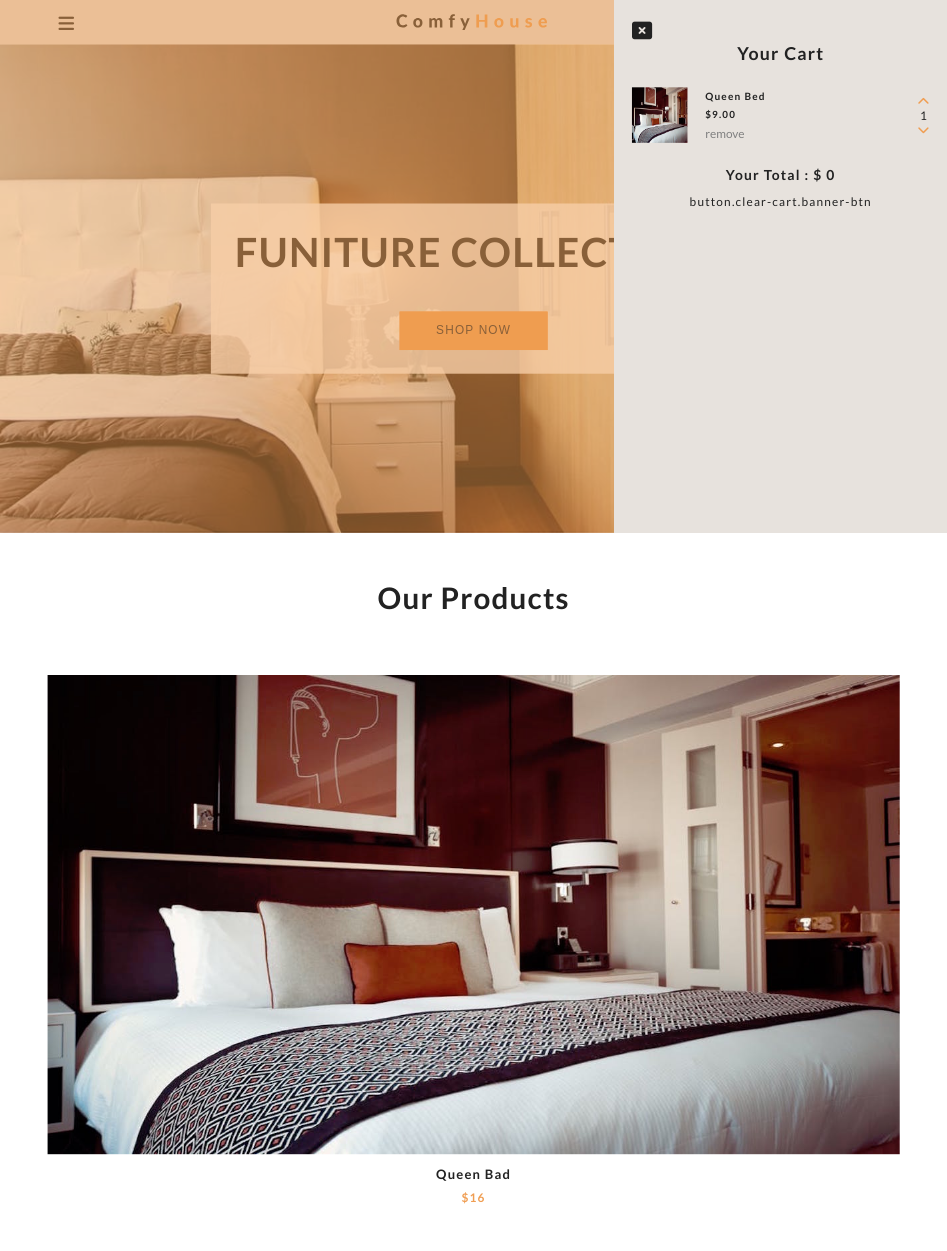
Repository: phamtrunghptn-dev/comfy-house-mater
Page: index.html
An editor plug-in stored every save of this project. The page is shown before and after a run of saves, followed by the edit.
The browser window is 1280 px wide. The pictures show the whole page, at 74% of full size.
Some web libraries are served in a nearby version.

Above is the page before, as saved 2022-07-01 09:49:12.

### index.html
<!DOCTYPE html>
<html lang="en">
<head>
    <meta charset="UTF-8">
    <meta http-equiv="X-UA-Compatible" content="IE=edge">
    <meta name="viewport" content="width=device-width, initial-scale=1.0">
    <link rel="stylesheet" href="https://cdnjs.cloudflare.com/ajax/libs/font-awesome/6.1.1/css/all.min.css" integrity="sha512-KfkfwYDsLkIlwQp6LFnl8zNdLGxu9YAA1QvwINks4PhcElQSvqcyVLLD9aMhXd13uQjoXtEKNosOWaZqXgel0g==" crossorigin="anonymous" referrerpolicy="no-referrer" />
    <link rel="stylesheet" href="./main.css">
    <title>Document</title>
</head>
<body>
    <!-- Navbar -->
    <nav class="navbar">
        <div class="navbar-center">
            <span class="nav-icon">
                <i class="fas fa-bars"></i>
            </span>
            <img src="./images/logo.svg" alt="store logo">
            <div class="cart-btn">
                <span class="nav-icon">
                    <i class="fas fa-cart-plus"></i>
                </span>
                <div class="cart-items">0</div>
            </div>
        </div>
    </nav>

    <!-- header -->
    <header class="hero">
        <div class="banner">
            <h1 class="banner-title">funiture collection</h1>
            <button class="banner-btn">shop now</button>
        </div>
    </header>

    <!-- products -->
    <section class="products">
        <div class="section-title">
            <h2>our products</h2>
        </div>
        <div class="products-center">
            <!-- single product -->
            <article class="product">
                <div class="img-container">
                    <img src="./images/product-1.jpeg" alt="product" class="product-img">
                    <button class="bag-btn" data-id="1">
                        <i class="fas fa-shopping-cart"></i>
                        add to bag
                    </button>
                </div>
                <h3>queen bad</h3>
                <h4>$16</h4>
            </article>

        </div>
    </section>

    <!-- cart -->
    <div class="cart-overlay">
        <div class="cart">
            <span class="close-cart">
                <i class="fas fa-window-close"></i>
            </span>
            <h2>your cart</h2>
            <div class="cart-content">
                <!-- cart item -->
                <div class="cart-item">
                    <img src="./images/product-1.jpeg" alt="product">
                    <div>
                        <h4>queen bed</h4>
                        <h5>$9.00</h5>
                        <span class="remove-item">remove</span>
                    </div>
                    <div>
                        <i class="fas fa-chevron-up"></i>
                        <p class="item-amount">1</p>
                        <i class="fas fa-chevron-down"></i>
                    </div>
                </div>
                <div class="cart-footer">
                    <h3>your total : $ <span class="cart-total">0</span></h3>
                    button.clear-cart.banner-btn
                </div>
            </div>
        </div>
    </div>

    <script src="./app.js"></script>
</body>
</html>

### main.css
@import url("https://fonts.googleapis.com/css?family=Lato:400,700");

:root {
  --primaryColor: #f09d51;
  --mainWhite: #fff;
  --mainBlack: #222;
  --mainGrey: #ececec;
  --mainSpacing: 0.1rem;
  --mainTransition: all 0.3s linear;
}
* {
  margin: 0;
  padding: 0;
  box-sizing: border-box;
}
body {
  color: var(--mainBlack);
  background: var(--mainWhite);
  font-family: "Lato", sans-serif;
}
/* --------------- Navbar ---------------- */
.navbar {
  position: sticky;
  top: 0;
  height: 60px;
  width: 100%;
  display: flex;
  align-items: center;
  background: rgb(231, 226, 221);
  z-index: 1;
}
.navbar-center {
  width: 100%;
  max-width: 1170px;
  margin: 0 auto;
  display: flex;
  align-items: center;
  justify-content: space-between;
  padding: 0 1.5rem;
}
.nav-icon {
  font-size: 1.5rem;
}
.cart-btn {
  position: relative;
  cursor: pointer;
}
.cart-items {
  position: absolute;
  top: -8px;
  right: -8px;
  background: var(--primaryColor);
  padding: 0 5px;
  border-radius: 30%;
  color: var(--mainWhite);
}
/* --------------- End of Navbar ---------------- */
/* --------------- Hero ---------------- */
.hero {
  min-height: calc(100vh - 60px);
  background: url("./images/hero-bcg.jpeg") center/cover no-repeat;
  display: flex;
  align-items: center;
  justify-content: center;
}
.banner {
  text-align: center;
  background: rgba(255, 255, 255, 0.8);
  display: inline-block;
  padding: 2rem;
}
.banner-title {
  font-size: 3.4rem;
  text-transform: uppercase;
  letter-spacing: var(--mainSpacing);
  margin-bottom: 3rem;
}
.banner-btn {
  padding: 1rem 3rem;
  text-transform: uppercase;
  letter-spacing: var(--mainSpacing);
  font-size: 1rem;
  background: var(--primaryColor);
  color: var(--mainBlack);
  border: 1px solid var(--primaryColor);
  transition: var(--mainTransition);
  cursor: pointer;
}
.banner-btn:hover {
  background: transparent;
  color: var(--primaryColor);
}
/* --------------- End of Hero ---------------- */
/* --------------- Products ---------------- */

.products {
  padding: 4rem 0;
}
.section-title h2 {
  text-align: center;
  font-size: 2.5rem;
  margin-bottom: 5rem;
  text-transform: capitalize;
  letter-spacing: var(--mainSpacing);
}
.products-center {
  width: 90vw;
  margin: 0 auto;
  max-width: 1170px;
  display: grid;
  grid-template-columns: repeat(auto-fit, minmax(260px, 1fr));
  grid-column-gap: 1.5rem;
  grid-row-gap: 2rem;
}
.img-container {
  position: relative;
  overflow: hidden;
}
.bag-btn {
  position: absolute;
  top: 70%;
  right: 0;
  background: var(--primaryColor);
  border: none;
  text-transform: uppercase;
  padding: 0.5rem 0.75rem;
  letter-spacing: var(--mainSpacing);
  font-weight: bold;
  transition: var(--mainTransition);
  transform: translateX(101%);
  cursor: pointer;
}
.bag-btn:hover {
  color: var(--mainWhite);
}
.fa-shopping-cart {
  margin-right: 0.5rem;
}
.img-container:hover .bag-btn {
  transform: translateX(0);
}
.product-img {
  display: block;
  width: 100%;
  min-height: 12rem;
  transition: var(--mainTransition);
}
.img-container:hover .product-img {
  opacity: 0.5;
}

.product h3 {
  text-transform: capitalize;
  font-size: 1.1rem;
  margin-top: 1rem;
  letter-spacing: var(--mainSpacing);
  text-align: center;
}

.product h4 {
  margin-top: 0.7rem;
  letter-spacing: var(--mainSpacing);
  color: var(--primaryColor);
  text-align: center;
}

/* ---------------End of Products ---------------- */
/* --------------- Cart ---------------- */
.cart-overlay {
  position: fixed;
  top: 0;
  right: 0;
  width: 100%;
  height: 100%;
  transition: var(--mainTransition);
  background: rgb(240, 157, 81, 0.5);
  z-index: 2;
  /* visibility: hidden; */
}
.cart {
  position: fixed;
  top: 0;
  right: 0;
  width: 100%;
  height: 100%;
  overflow: scroll;
  z-index: 3;
  background: rgb(231, 226, 221);
  padding: 1.5rem;
  transition: var(--mainTransition);
  /* transform: translateX(100%); */
}
.showCart {
  transform: translateX(0);
}
.transparentBcg {
  visibility: visible;
}
@media screen and (min-width: 768px) {
  .cart {
    width: 30vw;
    min-width: 450px;
  }
}

.close-cart {
  font-size: 1.7rem;
  cursor: pointer;
}
.cart h2 {
  text-transform: capitalize;
  text-align: center;
  letter-spacing: var(--mainSpacing);
  margin-bottom: 2rem;
}
/*---------- Cart Item -------------------- */
.cart-item {
  display: grid;
  align-items: center;
  grid-template-columns: auto 1fr auto;
  grid-column-gap: 1.5rem;
  margin: 1.5rem 0;
}
.cart-item img {
  width: 75px;
  height: 75px;
}
.cart-item h4 {
  font-size: 0.85rem;
  text-transform: capitalize;
  letter-spacing: var(--mainSpacing);
}
.cart-item h5 {
  margin: 0.5rem 0;
  letter-spacing: var(--mainSpacing);
}
.item-amount {
  text-align: center;
}
.remove-item {
  color: grey;
  cursor: pointer;
}
.fa-chevron-up,
.fa-chevron-down {
  color: var(--primaryColor);
  cursor: pointer;
}
/*---------- End of Cart Item -------------------- */

.cart-footer {
  margin-top: 2rem;
  letter-spacing: var(--mainSpacing);
  text-align: center;
}
.cart-footer h3 {
  text-transform: capitalize;
  margin-bottom: 1rem;
}

/* --------------- End of Cart ---------------- */

Loaded but not shown: app.js (no copy from this time; the picture is the same without it)

After the next 4 saves:
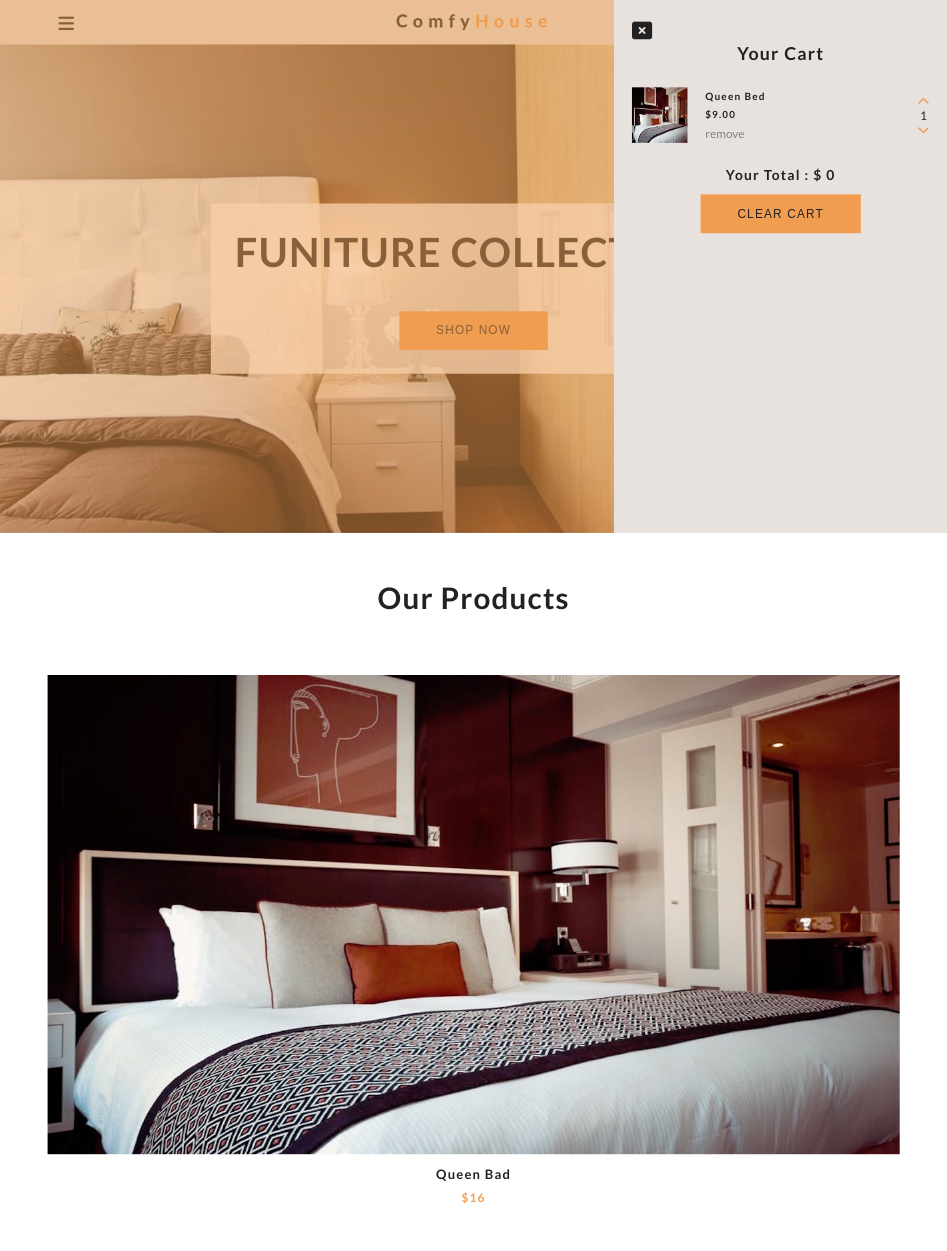
The 4 saves are shown as one change because they came seconds apart.
The last was saved 15 s later.
--- a/index.html
+++ b/index.html
@@ -79,7 +79,7 @@
                 </div>
                 <div class="cart-footer">
                     <h3>your total : $ <span class="cart-total">0</span></h3>
-                    button.clear-cart.banner-btn
+                    <button class="clear-cart banner-btn">clear cart</button>
                 </div>
             </div>
         </div>
